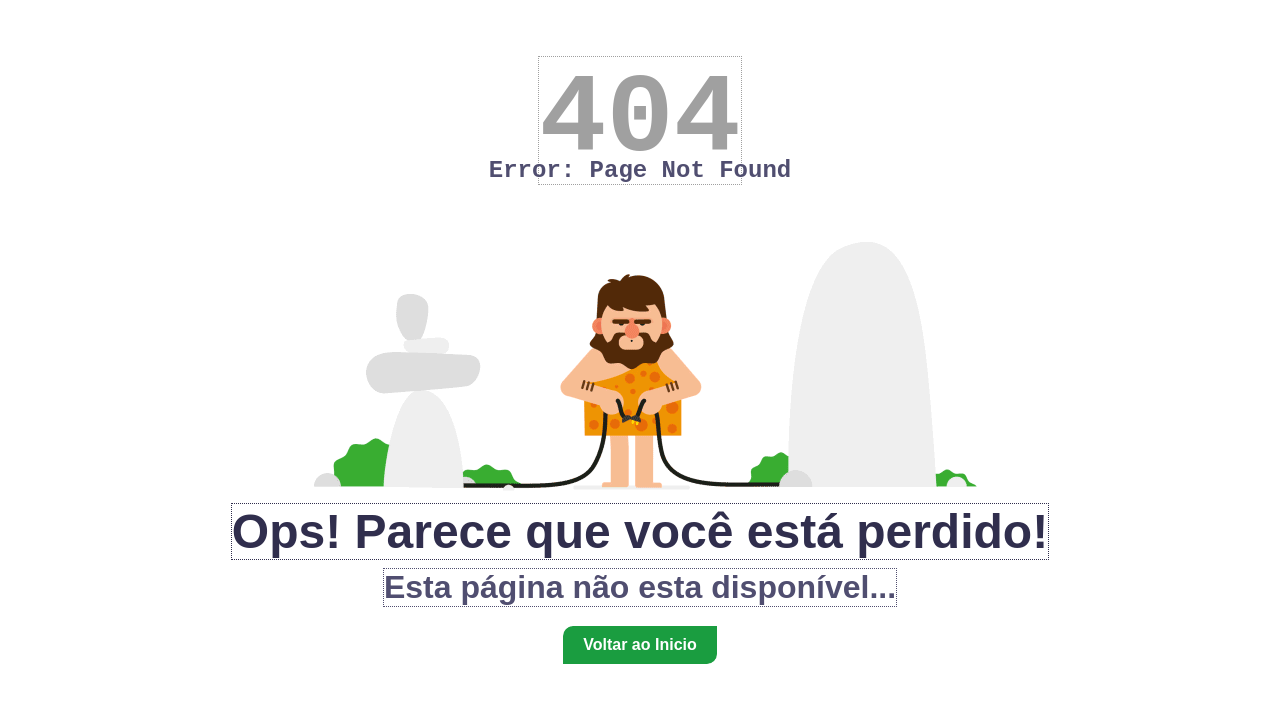
Repository: Lorsuz/gresasco
Page: components/pages/not-found.html
The author's editor kept a copy of each file at every save. The page is drawn from the files as they stood at one save, then again after the next save.
The browser window is 1280 px wide. The pictures show the whole page.
Some web fonts or font styles are not loaded; a fallback is used. The style sheet was rebuilt from its Sass, Less or Tailwind sources for each picture, by a compiler version that may differ from the author's.

Above is the page before, as saved 2023-11-07 10:02:12.

### components/pages/not-found.html
<!DOCTYPE html>
<html lang="en">
<head>
	<meta charset="UTF-8">
	<meta name="viewport" content="width=device-width, initial-scale=1.0">
	<title>Document</title>
<link rel="stylesheet" href="../css/partials/global.css">
<link rel="stylesheet" href="../css/not-found.css">
</head>
<body>
	<div class="frem">
		<h1>404</h1>
		<h2>Ops! Parece que você está perdido!</h2>
		<h3>Esta página não esta disponível...</h3>
		<a href="/">Voltar ao Inicio</a>
	</div>
</body>
</html>

### components/sass/partials/global.scss
@import url("https://fonts.googleapis.com/css2?family=Clicker+Script&display=swap");
@import url('https://fonts.googleapis.com/css2?family=Poppins:ital,wght@0,100;0,200;0,300;0,400;0,500;0,600;0,700;0,800;0,900;1,100;1,200;1,300;1,400;1,500;1,600;1,700;1,800;1,900&display=swap');

@font-face {
	font-family: wedding;
	src: url("/components/assets/fonts/Wedding\ Text\ Std\ Regular.otf");
}

@font-face {
	font-family: Poppins;
	src: url("https://fonts.googleapis.com/css2?family=Poppins:ital,wght@0,100;0,200;0,300;0,400;0,500;0,600;0,700;0,800;0,900;1,100;1,200;1,300;1,400;1,500;1,600;1,700;1,800;1,900&display=swap");
}

// @import "./animations/@keyframes.css";

:root {

	--color-primary: #008025;
	--color-black: #000000;
	--color-white: #ffffff;
	--color-gray: #a0a0a0;
	--color-text: #302e4d;

	--color-primary-soft: #1a9d40;
	--color-black-soft: #252525;
	--color-white-soft: #f2f2fc;
	--color-gray-soft: #e8dfec;
	--color-text-soft: #504e70;
}

button {
	cursor: pointer;

	* {
		cursor: pointer;
	}

	i {
		color: var(--color-primary);
		font-size: 25px;
		transition: transform 500ms ease-in-out;
	}
}

* {
	margin: 0;
	padding: 0;
	outline: none;
	border: none;
	text-decoration: none;
	box-sizing: border-box;
	list-style: none;
	font-family: "Poppins", sans-serif;
	font-family: Arial, Helvetica, sans-serif;
	transition: 300ms ease-in-out;
	outline: 1px dotted;
	color: var(--color-black-soft);
	background: transparent;
}

body {
	width: 100vw;
	overflow-x: hidden;

	&::-webkit-scrollbar {
		width: 5px;
	}

	&::-webkit-scrollbar-track {
		background: var(--background-middle);
	}

	&::-webkit-scrollbar-thumb {
		background: var(--color-primary);
		border-radius: 10px;
	}
}

main {
	min-height: 100vh;

}

.wrapper {
	display: grid;
	grid-template-columns: repeat(12, 1fr);

	.wrapper__container {
		grid-column: 2 / 12;
	}
}

.custom-button {
	display: inline-block;
	padding: 10px 50px;
	background: var(--color-primary-soft);
	color: var(--color-white);
	font-weight: bold;
	border-radius: 10px 0;
	font-size: 1.1rem;

	&:hover {
		background: var(--color-primary);
		border-radius: 0px 10px;
	}
}

### components/sass/not-found.scss
* {
	text-align: center;
}

.frem {
	display: flex;
	align-items: center;
	justify-content: center;
	flex-direction: column;
	min-height: 100vh;
	background-image: url("../assets/gifs/funny-404-error-page-design.gif");
	background-repeat: no-repeat;
	background-position: center 50%;

	h1 {
		color: var(--color-gray);
		font-size: 7rem;
		margin-bottom: 320px;
		font-family: 'Courier New', Courier, monospace;
		position: relative;
		display: flex;
		justify-content: center;
		align-items: center;

		&::after {
			content: "Error: Page Not Found";
			width: 150%;
			bottom: 0;
			position: absolute;
			text-align: center;
			display: block;
			color: var(--color-text-soft);
			font-size: 1.5rem;
		}
	}

	h2 {
		color: var(--color-text);
		font-size: min(3rem, 5vw);
		margin-bottom: 10px;
	}

	h3 {
		color: var(--color-text-soft);
		font-size: min(2rem, 4vw);
		margin-bottom: 20px;
	}

	a {
		display: block;
		background: var(--color-primary-soft);
		padding: 10px 20px;
		color: var(--color-white);
		font-weight: bold;
		border-radius: 10px 0px;

		&:hover {
			border-radius: 0px 10px;

		}
	}
}

After the next save:
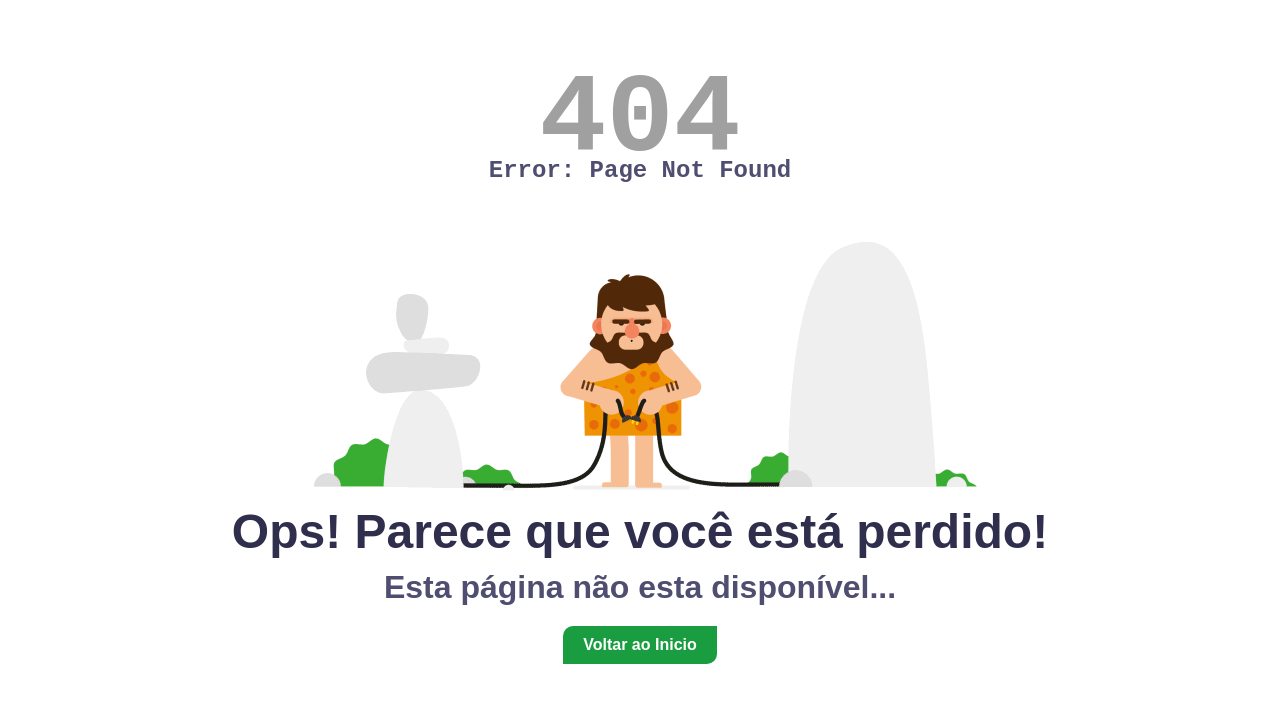
Saved 25 s later.
--- a/components/sass/partials/global.scss
+++ b/components/sass/partials/global.scss
@@ -53,7 +53,7 @@
 	font-family: "Poppins", sans-serif;
 	font-family: Arial, Helvetica, sans-serif;
 	transition: 300ms ease-in-out;
-	outline: 1px dotted;
+	// outline: 1px dotted;
 	color: var(--color-black-soft);
 	background: transparent;
 }
